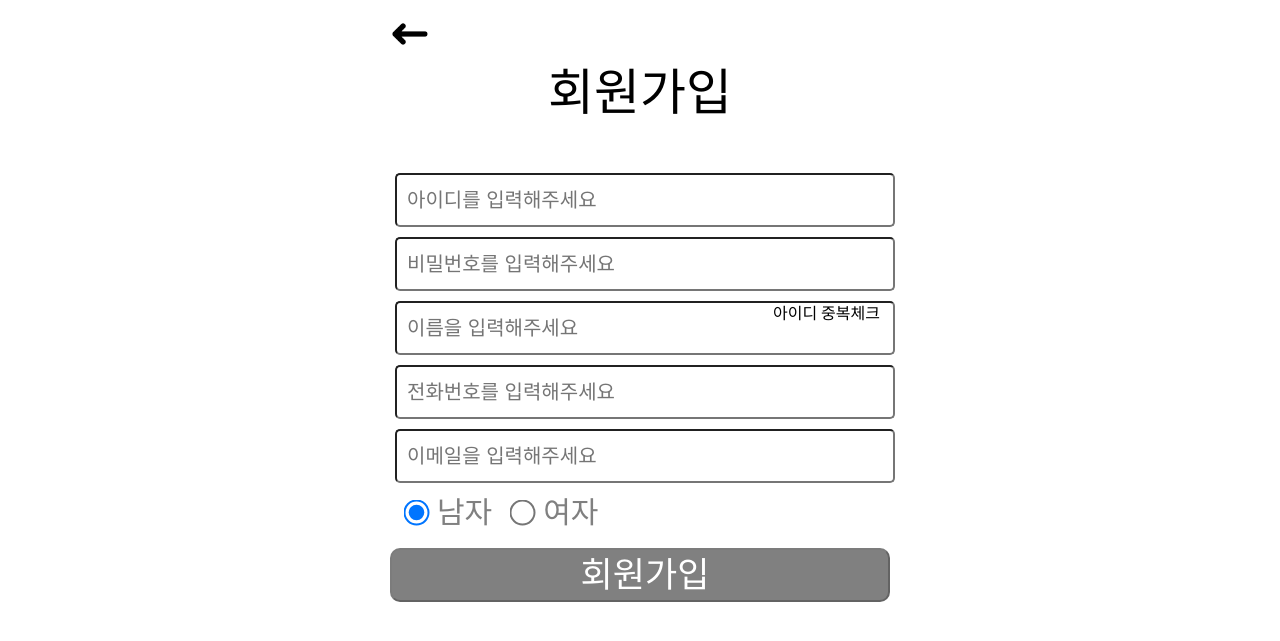
Repository: jaehunjeong4103/WebProject
Page: http://localhost/Web/view/member/register?id=1
An editor plug-in stored every save of this project. The page is shown before and after the next save, followed by the edit.
The browser window is 1280 px wide. The pictures show the whole page.
Some web fonts or font styles are not loaded; a fallback is used. The page is served by Tomcat 9. Other server files are loaded and not shown.

Above is the page before, as saved 2023-06-05 08:17:16.

### Web/src/main/webapp/WEB-INF/view/member/register.jsp
<%@ page language="java" contentType="text/html; charset=UTF-8"
    pageEncoding="UTF-8"%>
<%@ taglib prefix="c" uri="http://java.sun.com/jsp/jstl/core"%>

<!DOCTYPE html>
<html>
	<head>
		<link rel="preconnect" href="https://fonts.googleapis.com">
		<link rel="preconnect" href="https://fonts.gstatic.com" crossorigin="crossorigin">
		<link href="https://fonts.googleapis.com/css2?family=Gowun+Dodum&family=Song+Myung&display=swap" rel="stylesheet">
		<link href="../../css/register.css?after" type="text/css" rel="stylesheet" />
		<meta charset="UTF-8">
		<title>Insert title here</title>
	</head>
	<body>
		<header>
			<div id="arrow_body">
				<button onclick="history.back()"><image src="../../images/direction-arrow.png" alt="화살표" id="arrow"/></button>
			<div id="title">회원가입</div>
		</header>
		<form action="register" method="post">
			<section>
				<input type="text" placeholder="아이디를 입력해주세요" class="input_text id" name="ID" value="${chkId}">
    			<a href="duplicate" id="id_check"> 아이디 중복체크</a>
			  </input>
				<input type="text" placeholder="비밀번호를 입력해주세요" class="input_text password" name="PASSWORD">
			  <input type="text" placeholder="이름을 입력해주세요" class="input_text name" name="NAME">
				<input type="text" placeholder="전화번호를 입력해주세요" class="input_text phone" name="PHONE">
				<input type="text" placeholder="이메일을 입력해주세요" class="input_text email" name="EMAIL">
			  	<input style="scale:2" type="radio" name="GENDER" id="male" value="male" checked="checked">
			    	<label for="male">남자</label>
			    <input style="scale:2" type="radio" name="GENDER" id="female" value="female">
			    	<label for="female">여자</label>
		    	<input type="submit" value="회원가입" id="register_button" class="button">
			</section>
		</form>

		<script>
			let id = document.querySelector(".id");
			let password = document.querySelector(".password");
			let name = document.querySelector(".name");
			let phone = document.querySelector(".phone");
			let email = document.querySelector(".email");
			let button = document.querySelector("#register_button");
			button.disabled = true;

			id.addEventListener('keyup', activeEvent);
			password.addEventListener('keyup', activeEvent);
			name.addEventListener('keyup', activeEvent);
			phone.addEventListener('keyup', activeEvent);
			email.addEventListener('keyup', activeEvent);

			function activeEvent() {
				if(id.value == '' || password.value == '' || name.value == '' || phone.value == '' || email.value == ''){
					button.disabled = true;
				}else
					button.disabled = false;
				}

		</script>
	</body>
</html>

### Web/src/main/java/controller/member/Member_register_controller.java
package controller.member;

import java.io.IOException;

import javax.servlet.ServletException;
import javax.servlet.annotation.WebServlet;
import javax.servlet.http.HttpServlet;
import javax.servlet.http.HttpServletRequest;
import javax.servlet.http.HttpServletResponse;

import entity.Member;
import service.MemberService;

@WebServlet("/view/member/register")
public class Member_register_controller extends HttpServlet {
	@Override
	protected void doGet(HttpServletRequest request, HttpServletResponse response) throws ServletException, IOException {
		request.getRequestDispatcher("/WEB-INF/view/member/register.jsp").forward(request, response);
	}

	@Override
	protected void doPost(HttpServletRequest request, HttpServletResponse response) throws ServletException, IOException {
		request.setCharacterEncoding("UTF-8");
		String id = request.getParameter("ID");
		String password = request.getParameter("PASSWORD");
		String name = request.getParameter("NAME");
		String phone = request.getParameter("PHONE");
		String email = request.getParameter("EMAIL");
		String gender = request.getParameter("GENDER");

		Member member = new Member();
		member.setId(id);
		member.setPassword(password);
		member.setName(name);
		member.setPhone(phone);
		member.setEmail(email);
		member.setGender(gender);

		MemberService service = new MemberService();
		int result = service.insertMember(member);

		response.sendRedirect("/view/main");
	}
}

### Web/src/main/webapp/css/register.css
@charset "UTF-8";
* {padding: 0; margin: 0;}

button {border-width: 0;}

body {
	width: 500px;
	margin: auto;
	position: relative;
}

a#id_check {
	position: absolute;
	top: 300px;
	right: 10px;
}

img#arrow {
	width: 40px;
	height: 40px;
	position: absolute;
	transform: rotate(180deg);
}

div#title {
	font-size: 50px;
	text-align: center;
	line-height: 150px;
}

#section {
	margin-bottom: 20px;
	display: flex;
	flex-direction: row;
	justify-content: space-between;
}

label {
	width: 50%;
	font-size: 30px;
	line-height: 50px;
	text-align: center;
	color: gray;
	margin-left: 10px;
	margin-right: 20px;
}

input#male{
	margin-left: 20px;
}

input#male, input#female {
	position: relative;
	top: -4.5px;
}

.input_text {
	width: 100%;
	font-size: 20px;
	line-height: 50px;
	border-radius: 5px;
	padding-left: 10px;
	box-sizing: border-box;
	margin: 5px;
}

.button {
	width: 100%;
	margin: auto;
	margin-top: 10px;
	background-color: rgb(169, 89, 245);
	border-radius: 10px;
	text-align: center;
	font-size: 35px;
	color: azure;
	line-height: 50px;
	padding-left: 10px;
	box-sizing: border-box;
}

#register_button:disabled input type:submit{
	background-color: gray;
}

button:hover {cursor: pointer;}

.button:hover {cursor: pointer;}
.button:disabled {background-color: gray; color: white;}

a {
	color: black; text-decoration-line: none;
}

After the next save:
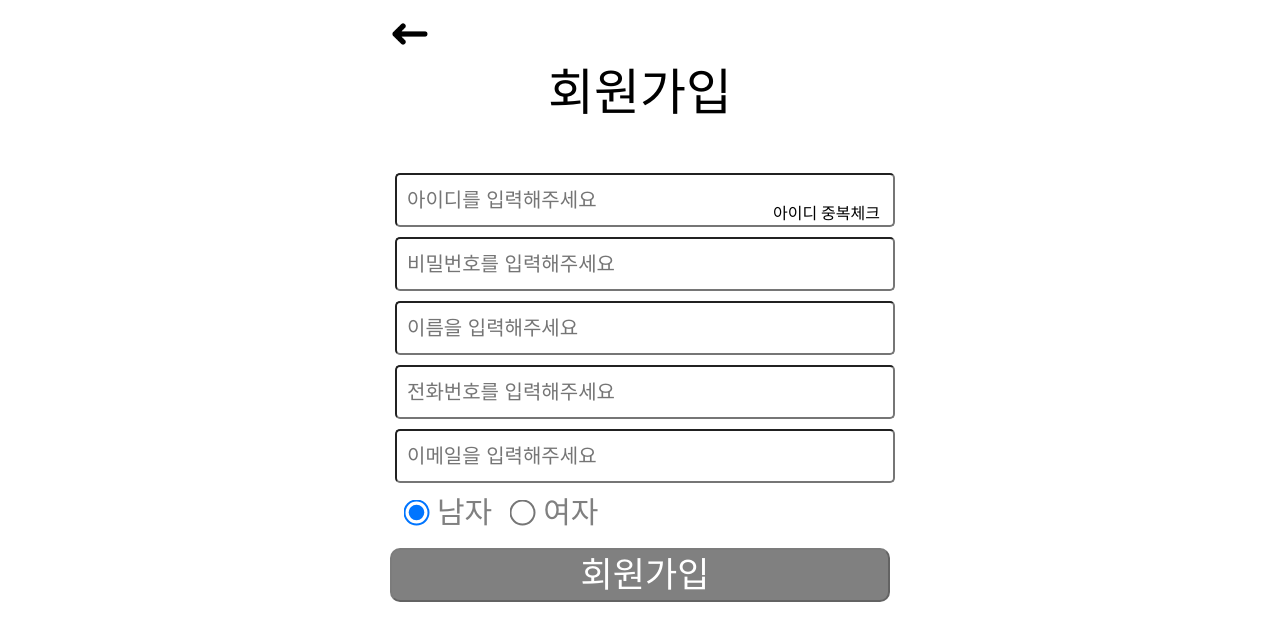
Saved 4 s later.
--- a/Web/src/main/webapp/css/register.css
+++ b/Web/src/main/webapp/css/register.css
@@ -11,7 +11,7 @@ body {
 
 a#id_check {
 	position: absolute;
-	top: 300px;
+	top: 200px;
 	right: 10px;
 }
 
